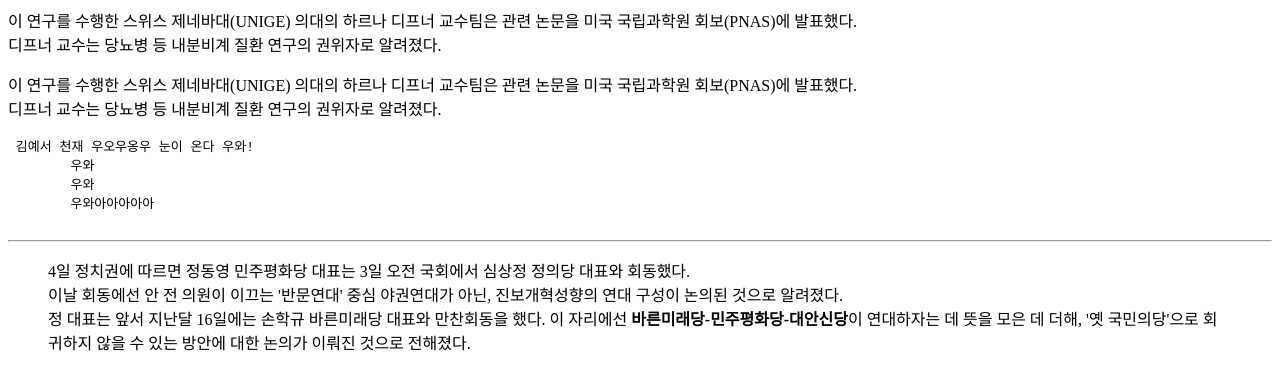
Repository: Rummikub/DBStudy
Page: HTMLProject2/WebContent/HTML/EXAM2.html
The author's editor kept a copy of each file at every save. The page is drawn from the files as they stood at one save, then again after the next save.
The browser window is 1280 px wide. The pictures show the whole page.

Above is the page before, as saved 2020-02-04 06:42:17.

### HTMLProject2/WebContent/HTML/EXAM2.html
<!DOCTYPE html PUBLIC "-//W3C//DTD HTML 4.01 Transitional//EN" "http://www.w3.org/TR/html4/loose.dtd">
<!--
	p, br, pre, hr
	=> HTML 한줄 문자열
 -->
<html>
<head>
<meta http-equiv="Content-Type" content="text/html; charset=UTF-8">
<title>Insert title here</title>
</head>
<body>
    이 연구를 수행한 스위스 제네바대(UNIGE) 의대의 하르나 디프너 교수팀은 관련 논문을 미국 국립과학원 회보(PNAS)에 발표했다. <br>
    디프너 교수는 당뇨병 등 내분비계 질환 연구의 권위자로 알려졌다.
    <p> 이 연구를 수행한 스위스 제네바대(UNIGE) 의대의 하르나 디프너 교수팀은 관련 논문을 미국 국립과학원 회보(PNAS)에 발표했다.<br>
    디프너 교수는 당뇨병 등 내분비계 질환 연구의 권위자로 알려졌다.

  <pre> 김예서 천재 우오우옹우 눈이 온다 우와!
  	우와
  	우와
  	우와아아아아아
  </pre>
  <hr>
  <blockquote>4일 정치권에 따르면 정동영 민주평화당 대표는 3일 오전 국회에서 심상정 정의당 대표와 회동했다. <br>
  이날 회동에선 안 전 의원이 이끄는 '반문연대' 중심 야권연대가 아닌, 진보개혁성향의 연대 구성이 논의된 것으로 알려졌다. <br>
  정 대표는 앞서 지난달 16일에는 손학규 바른미래당 대표와 만찬회동을 했다. 이 자리에선 <strong>바른미래당-민주평화당-대안신당</strong>이 연대하자는 데 뜻을 모은 데 더해, '옛 국민의당'으로 회귀하지 않을 수 있는 방안에 대한 논의가 이뤄진 것으로 전해졌다.
  </blockquote>
</body>
</html>

After the next save:
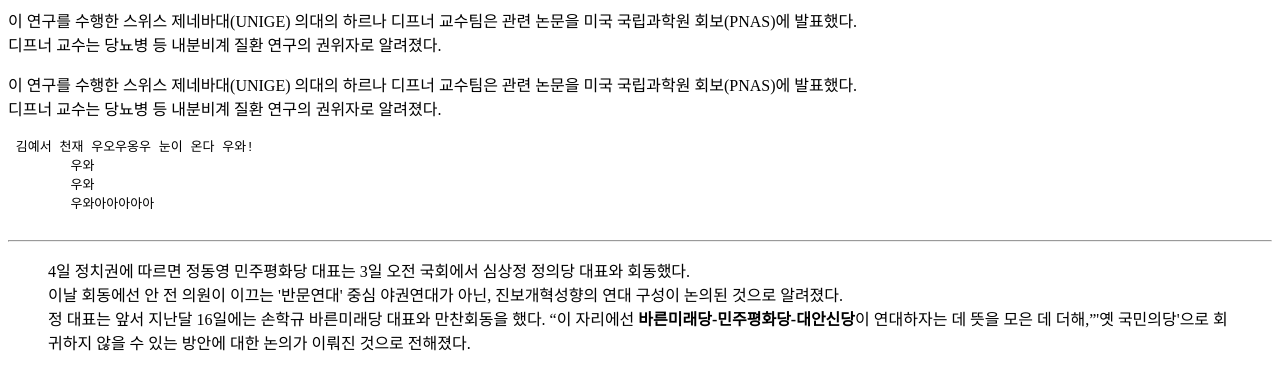
Saved 81 s later.
--- a/HTMLProject2/WebContent/HTML/EXAM2.html
+++ b/HTMLProject2/WebContent/HTML/EXAM2.html
@@ -22,7 +22,7 @@
   <hr>
   <blockquote>4일 정치권에 따르면 정동영 민주평화당 대표는 3일 오전 국회에서 심상정 정의당 대표와 회동했다. <br>
   이날 회동에선 안 전 의원이 이끄는 '반문연대' 중심 야권연대가 아닌, 진보개혁성향의 연대 구성이 논의된 것으로 알려졌다. <br>
-  정 대표는 앞서 지난달 16일에는 손학규 바른미래당 대표와 만찬회동을 했다. 이 자리에선 <strong>바른미래당-민주평화당-대안신당</strong>이 연대하자는 데 뜻을 모은 데 더해, '옛 국민의당'으로 회귀하지 않을 수 있는 방안에 대한 논의가 이뤄진 것으로 전해졌다.
+  정 대표는 앞서 지난달 16일에는 손학규 바른미래당 대표와 만찬회동을 했다. <q>이 자리에선 <strong>바른미래당-민주평화당-대안신당</strong>이 연대하자는 데 뜻을 모은 데 더해,</q>'옛 국민의당'으로 회귀하지 않을 수 있는 방안에 대한 논의가 이뤄진 것으로 전해졌다.
   </blockquote>
 </body>
 </html>
